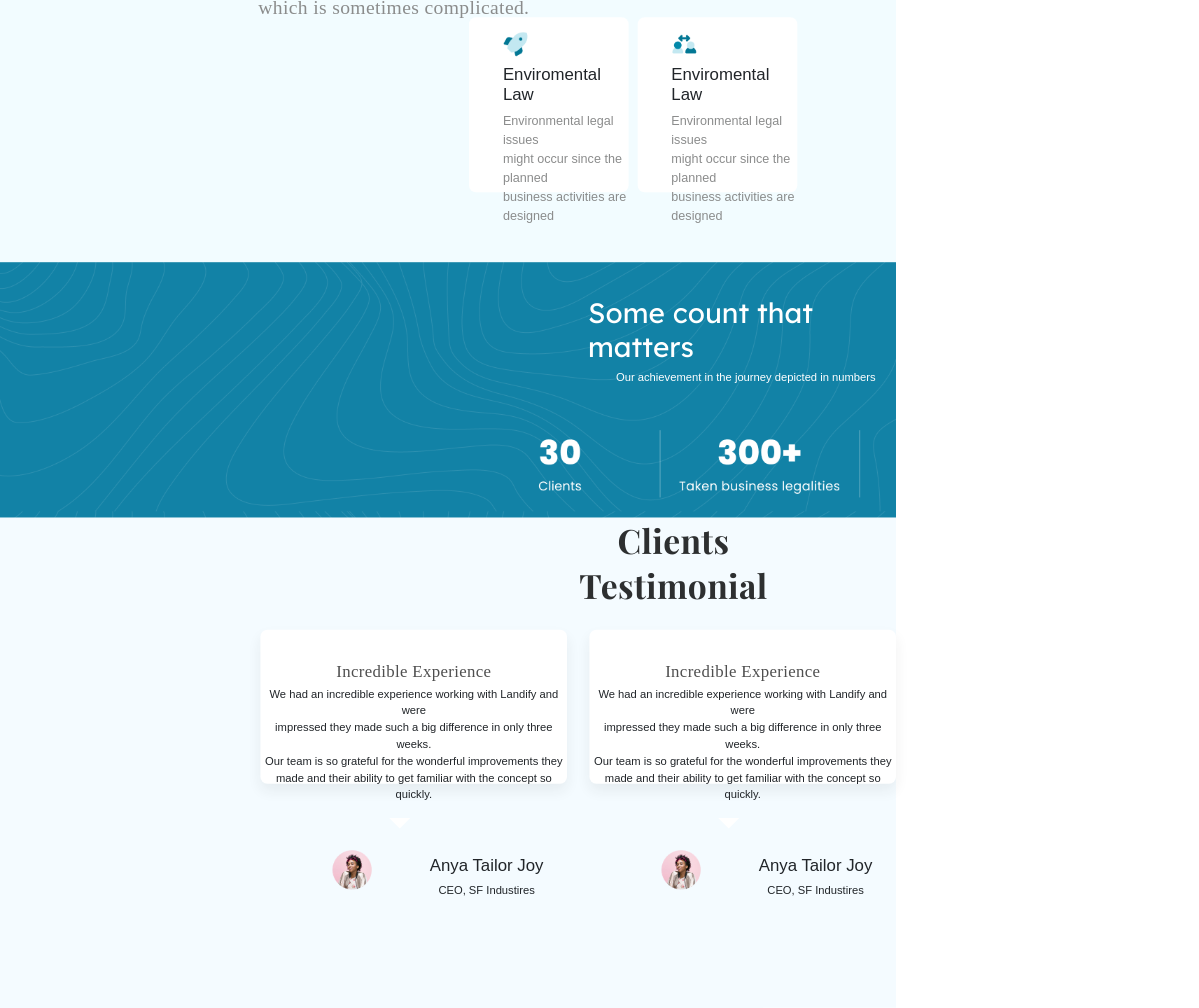
Repository: SAYYODTURINALIYEV/amaliy
Page: index.html
An editor plug-in stored every save of this project. The page is shown before and after the next save, followed by the edit.
The browser window is 1280 px wide. The page is 1713 px wide, so the pictures cover 1713 px, including what lies to the right of the window. The pictures show the part of the page from y = 1551 to 2991 px (the page is 2991 px tall), at 70% of full size.

Above is the page before, as saved 2022-05-20 17:37:30.

After the next save:
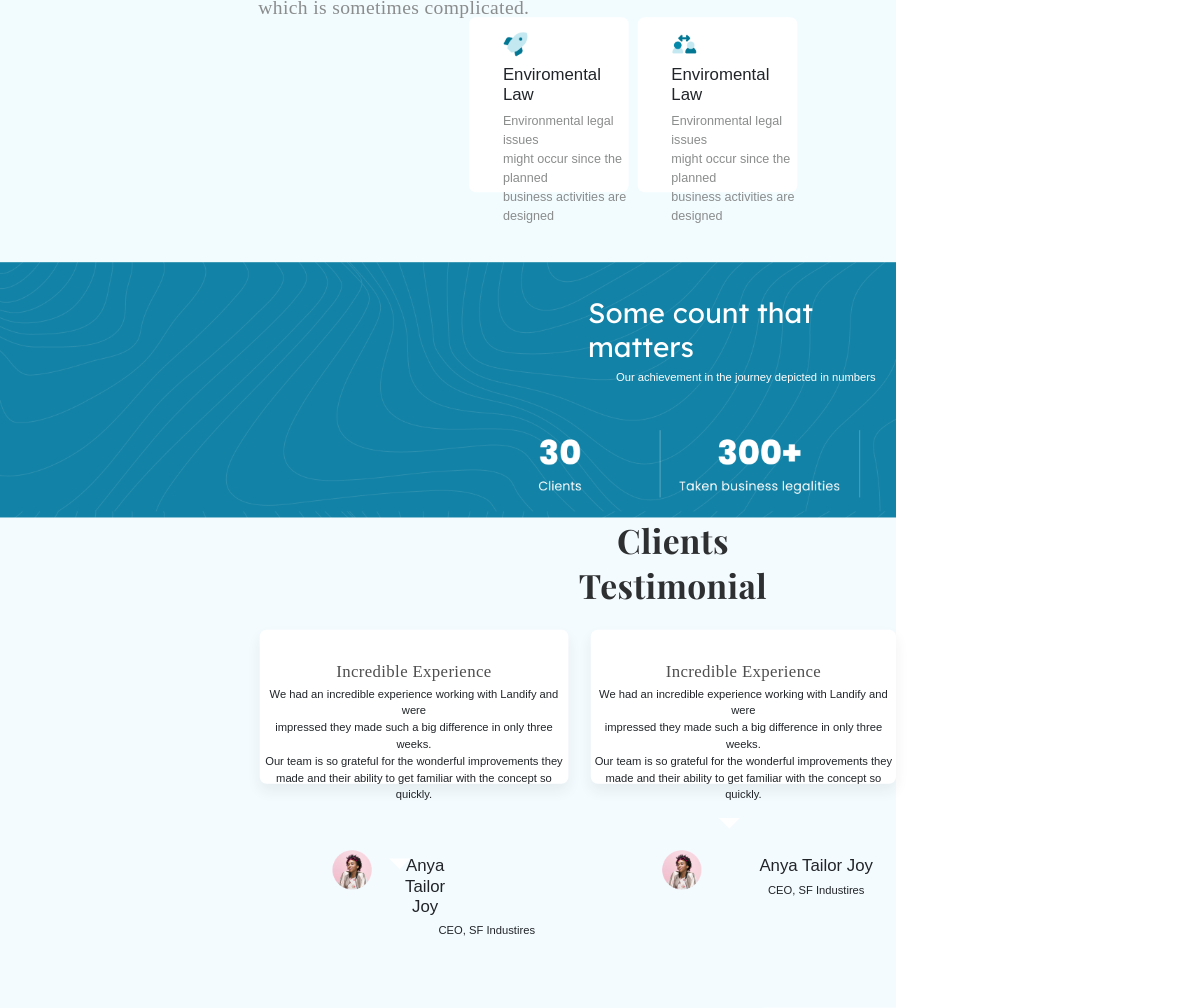
Saved 13 s later.
--- a/index.html
+++ b/index.html
@@ -112,7 +112,7 @@
             <p id="main2_1_p">We had an incredible experience working with Landify and were <br> impressed they made such a big difference in only three weeks. <br> Our team is so grateful for the wonderful improvements they <br> made and their ability to get familiar
                 with the concept so <br> quickly.</p>
             <img src="/images/Photo.png" alt="" id="main2_1_img">
-            <h4 style="margin-left: 13rem;margin-top: -3rem;">Anya Tailor Joy</h4>
+            <h4 style="margin-left: 13rem;margin-top: -3rem;margin-right: 11rem;">Anya Tailor Joy</h4>
             <p style="margin-left: 13rem;">CEO, SF Industires</p>
         </div>
         <div id="main2_2">
